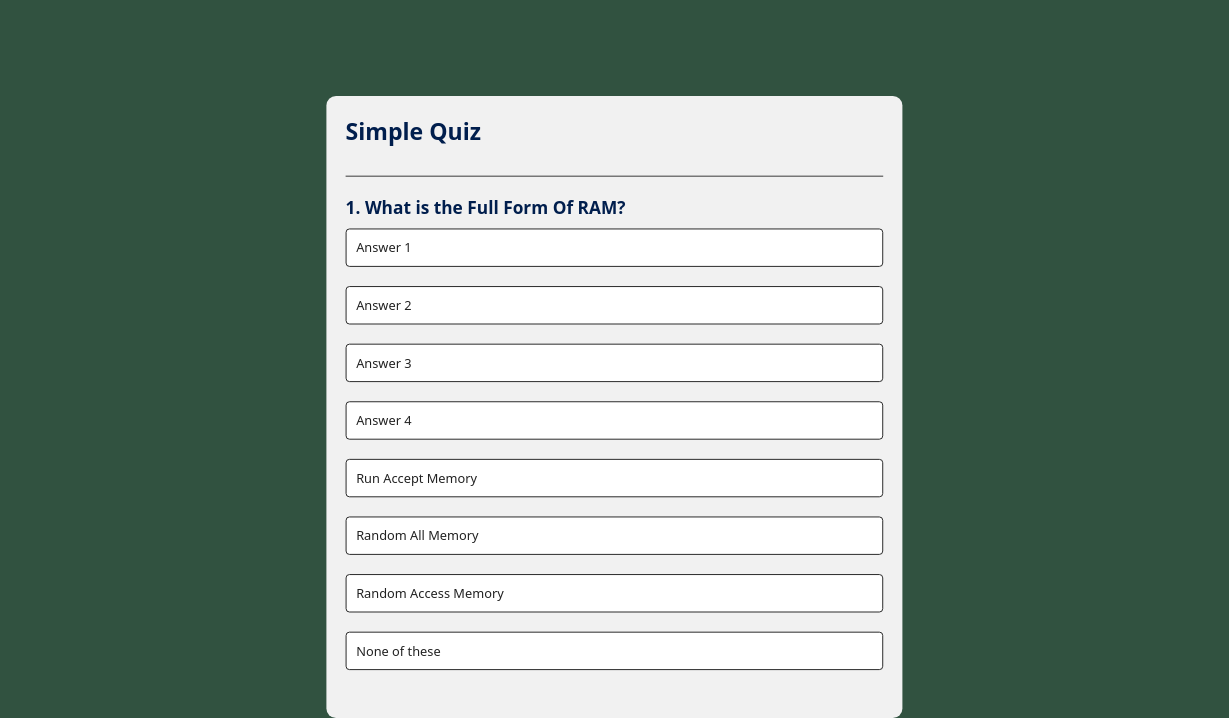
Repository: VickyJacob23/Quiz-App
Page: index.html
An editor plug-in stored every save of this project. The page is shown before and after the next save, followed by the edit.
The browser window is 1280 px wide. The pictures show the whole page, at 96% of full size.

Above is the page before, as saved 2024-08-05 16:53:08.

After the next save:
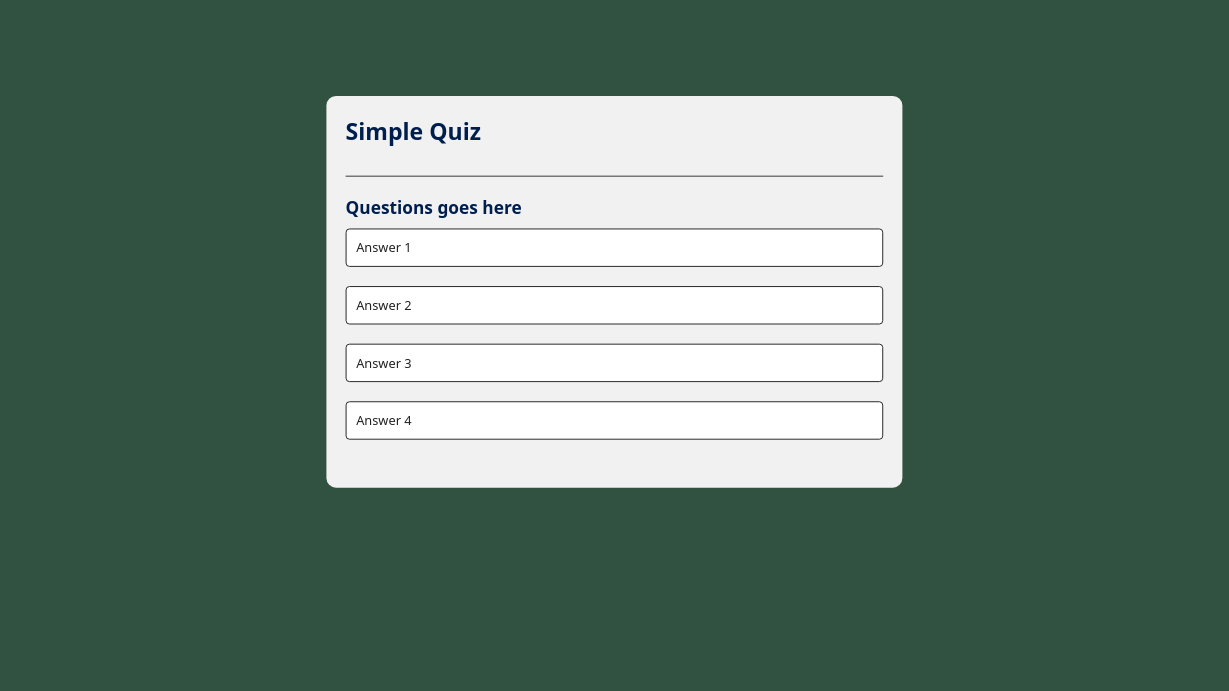
Console error: SyntaxError: Unexpected identifier 'hid'
Saved 28 s later.
--- a/script.js
+++ b/script.js
@@ -101,11 +101,11 @@
 
 startQuiz();
 
-// function to hid the previous state
-// function resetState() {
-//     nextButton.styles.display = "none";
-//     while (answerButtons.firstChild) {
-//         answerButtons.removeChild(answerButtons.firstChild);
-//     };
-// }
-// startQuiz();
+function to hid the previous state
+function resetState() {
+    nextButton.styles.display = "none";
+    while (answerButtons.firstChild) {
+        answerButtons.removeChild(answerButtons.firstChild);
+    };
+}
+startQuiz();

After the save that followed:
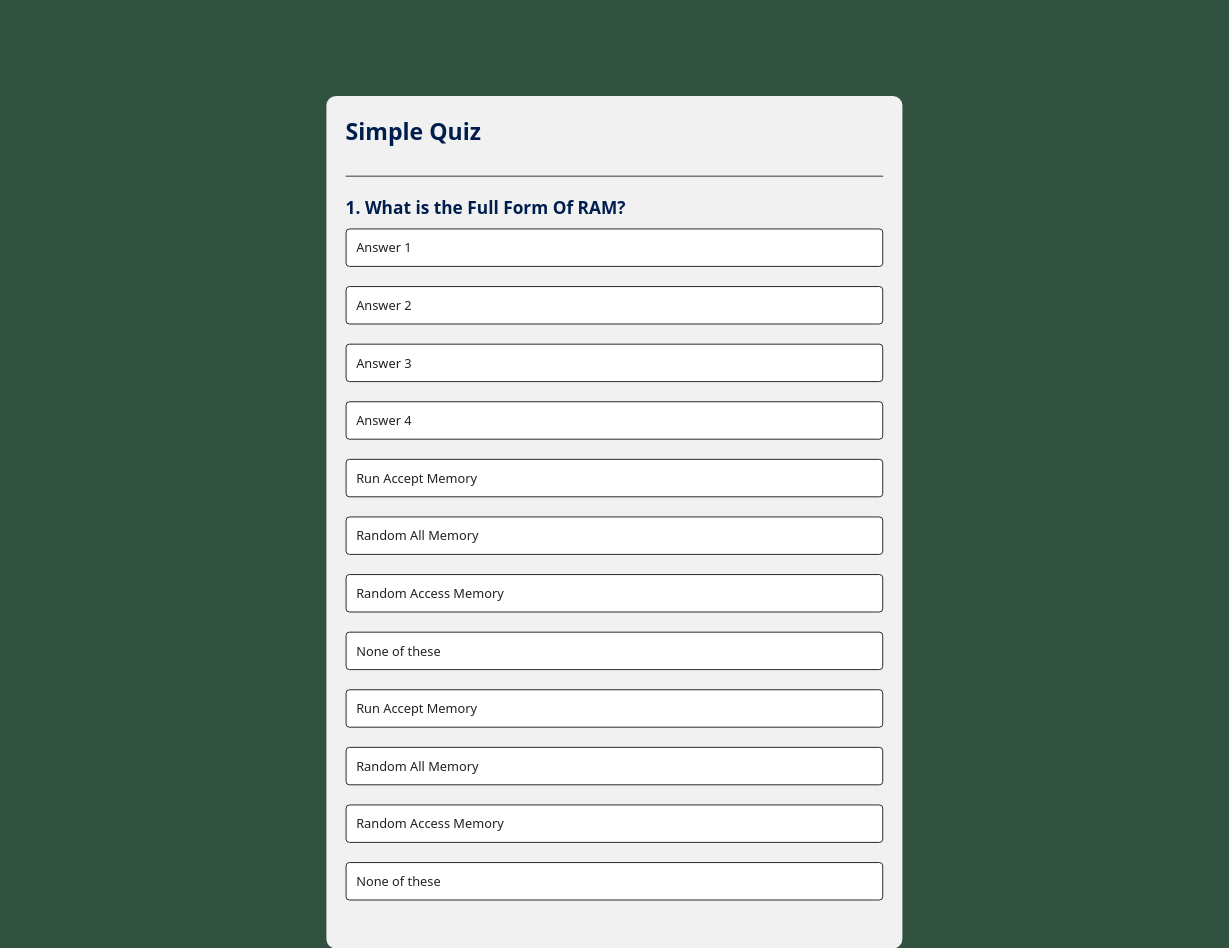
The error is gone.
Saved 61 s later.
--- a/script.js
+++ b/script.js
@@ -101,11 +101,11 @@
 
 startQuiz();
 
-function to hid the previous state
+//function to hid the previous state
 function resetState() {
-    nextButton.styles.display = "none";
-    while (answerButtons.firstChild) {
-        answerButtons.removeChild(answerButtons.firstChild);
+    nextButtonEl.styles.display = "none";
+    while (answerButtonsEl.firstChild) {
+        answerButtonsEl.removeChild(answerButtonsEl.firstChild);
     };
 }
 startQuiz();
